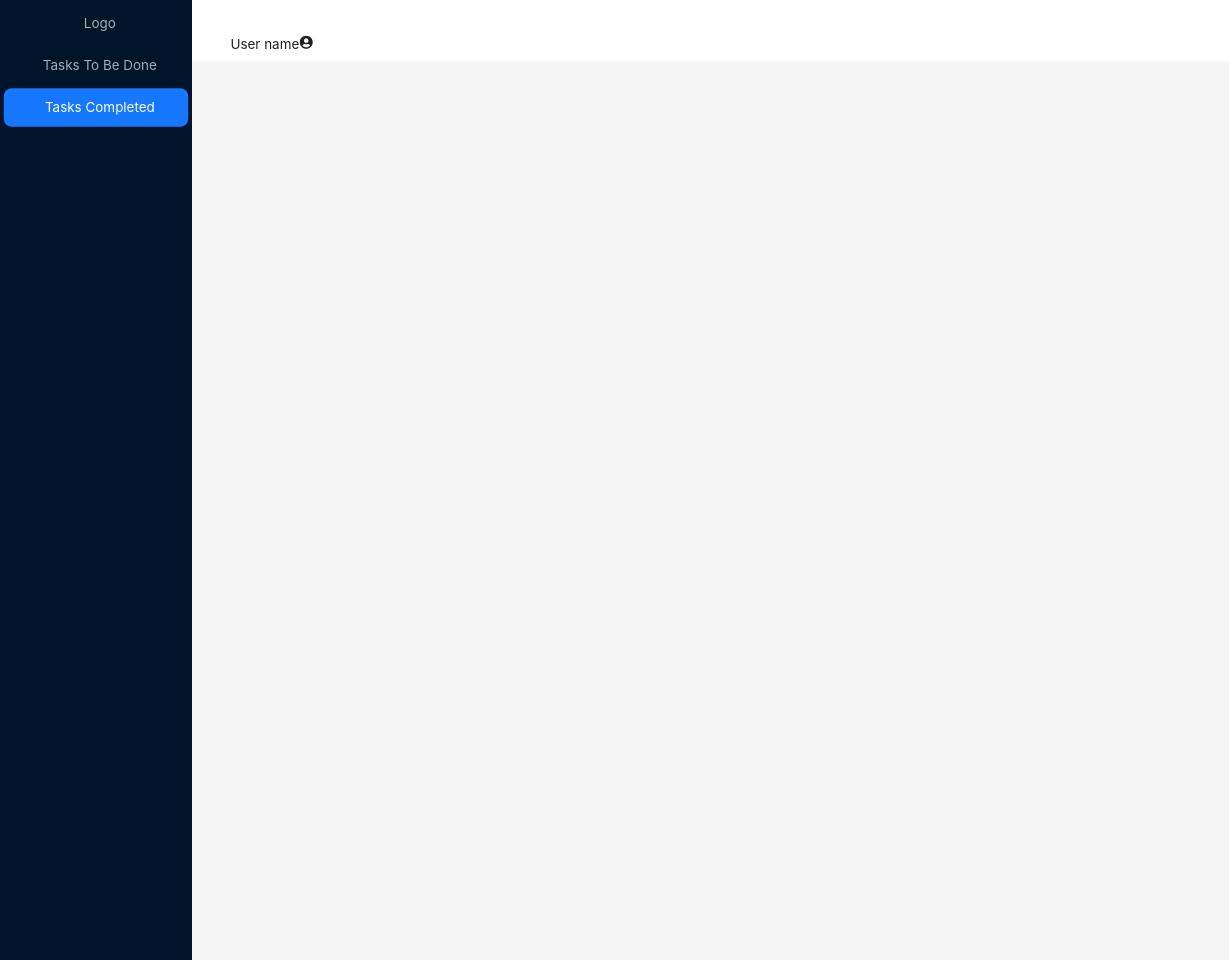
Repository: runner855/todolist_new
Page: /
These files come from the project's save history. The page is drawn as it stood at one moment and after the next save; the edit follows.
The browser window is 1280 px wide. The pictures show the whole page, at 96% of full size.
The project was rebuilt for these pictures with package versions that can differ from the ones it lists, and the page was loaded fresh each time.

Above is the page before, as saved 2023-03-19 17:23:37.

After the next save:
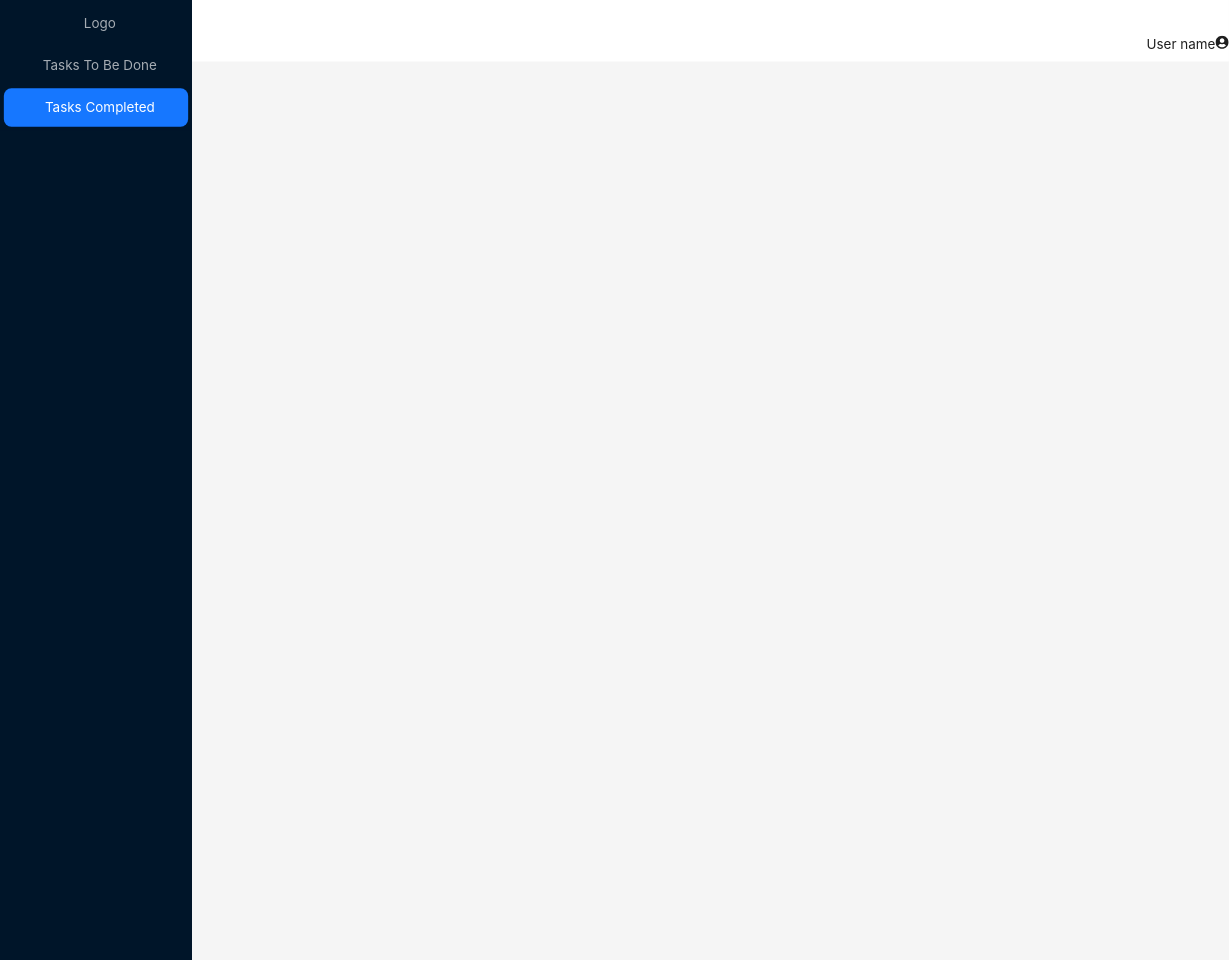
Saved 8 s later.
--- a/src/components/NavBar/NavBar.css
+++ b/src/components/NavBar/NavBar.css
@@ -14,5 +14,4 @@ li {
   margin-right: 0.1em; */
   display: flex;
   flex-direction: row;
-  text-align: right;
-}
+  justify-content: right;
